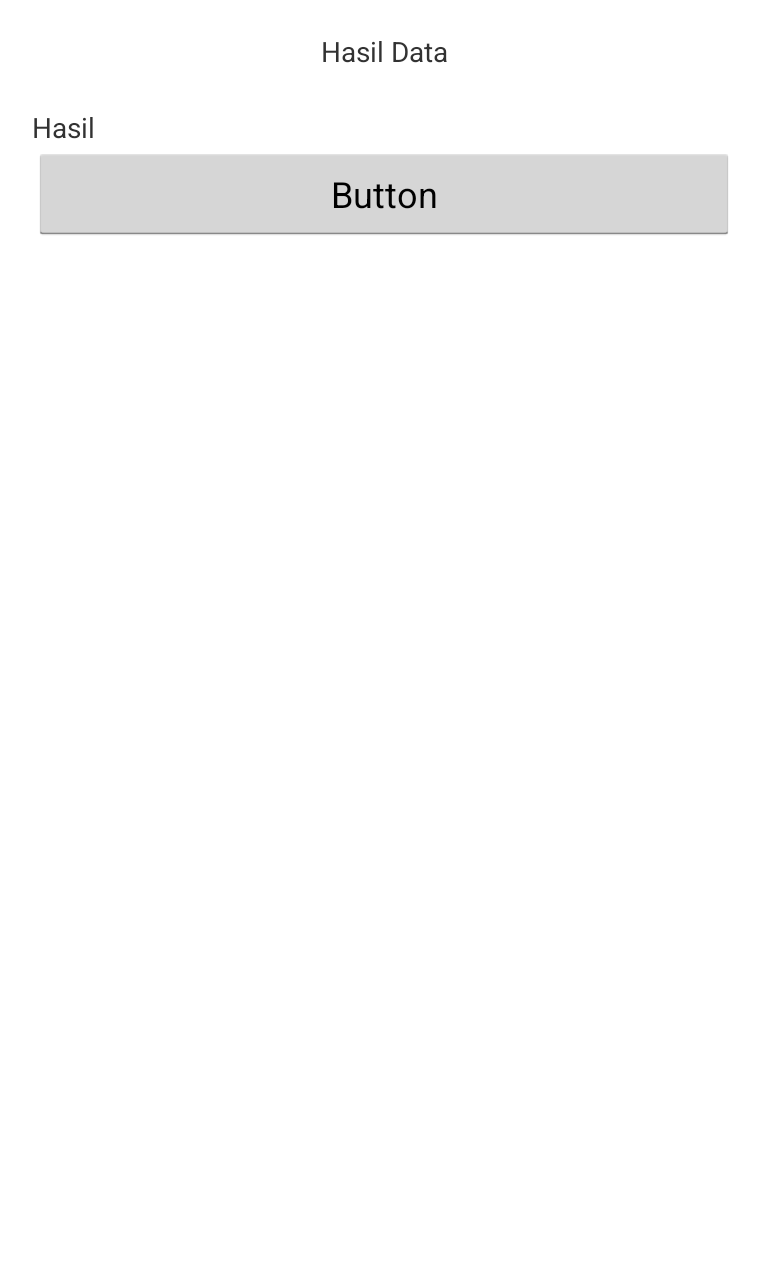
Repository: ikhsan-muhammad/mobile_programming
Layout: Kumpulan Project/Mobile_Muhammad_Ikhsan_19101152630175_IF5/res/layout/activity_page3.xml
An editor plug-in stored every save of this project. The layout is shown before and after the next save, followed by the edit.
It is drawn on a 768 x 1280 px phone screen (xhdpi) without system bars, with theme AppTheme; the app's code is not run.

Above is the layout before, as saved 2022-07-13 01:42:06.

### Kumpulan Project/Mobile_Muhammad_Ikhsan_19101152630175_IF5/res/layout/activity_page3.xml
<RelativeLayout xmlns:android="http://schemas.android.com/apk/res/android"
    xmlns:tools="http://schemas.android.com/tools"
    android:layout_width="match_parent"
    android:layout_height="match_parent"
    android:paddingBottom="@dimen/activity_vertical_margin"
    android:paddingLeft="@dimen/activity_horizontal_margin"
    android:paddingRight="@dimen/activity_horizontal_margin"
    android:paddingTop="@dimen/activity_vertical_margin"
    tools:context=".Page3Activity" >

    <LinearLayout
        android:layout_width="match_parent"
        android:layout_height="wrap_content"
        android:layout_alignParentTop="true"
        android:orientation="vertical" >

        <TextView
            android:id="@+id/textView1"
            android:layout_width="match_parent"
            android:layout_height="wrap_content"
            android:gravity="center"
            android:text="Hasil Data" />

        <LinearLayout
            android:layout_width="match_parent"
            android:layout_height="wrap_content"
            android:orientation="vertical" >

            <TextView
                android:id="@+id/textView2"
                android:layout_width="match_parent"
                android:layout_height="wrap_content"
                android:text=" " />

            <LinearLayout
                android:layout_width="match_parent"
                android:layout_height="wrap_content"
                android:orientation="vertical" >

                <TextView
                    android:id="@+id/txt_hasil"
                    android:layout_width="match_parent"
                    android:layout_height="wrap_content"
                    android:text="Hasil" />

                <LinearLayout
                    android:layout_width="match_parent"
                    android:layout_height="wrap_content"
                    android:orientation="vertical" >

                    <Button
                        android:id="@+id/button1"
                        android:layout_width="match_parent"
                        android:layout_height="wrap_content"
                        android:text="Button" />

                </LinearLayout>

            </LinearLayout>

        </LinearLayout>

    </LinearLayout>

</RelativeLayout>

Loaded but not shown: Kumpulan Project/Mobile_Muhammad_Ikhsan_19101152630175_IF5/res/values/styles.xml (common file); Kumpulan Project/Mobile_Muhammad_Ikhsan_19101152630175_IF5/res/values-v11/styles.xml (common file); Kumpulan Project/Mobile_Muhammad_Ikhsan_19101152630175_IF5/res/values-v14/styles.xml (common file); Kumpulan Project/Mobile_Muhammad_Ikhsan_19101152630175_IF5/res/values/dimens.xml (common file)

After the next save:
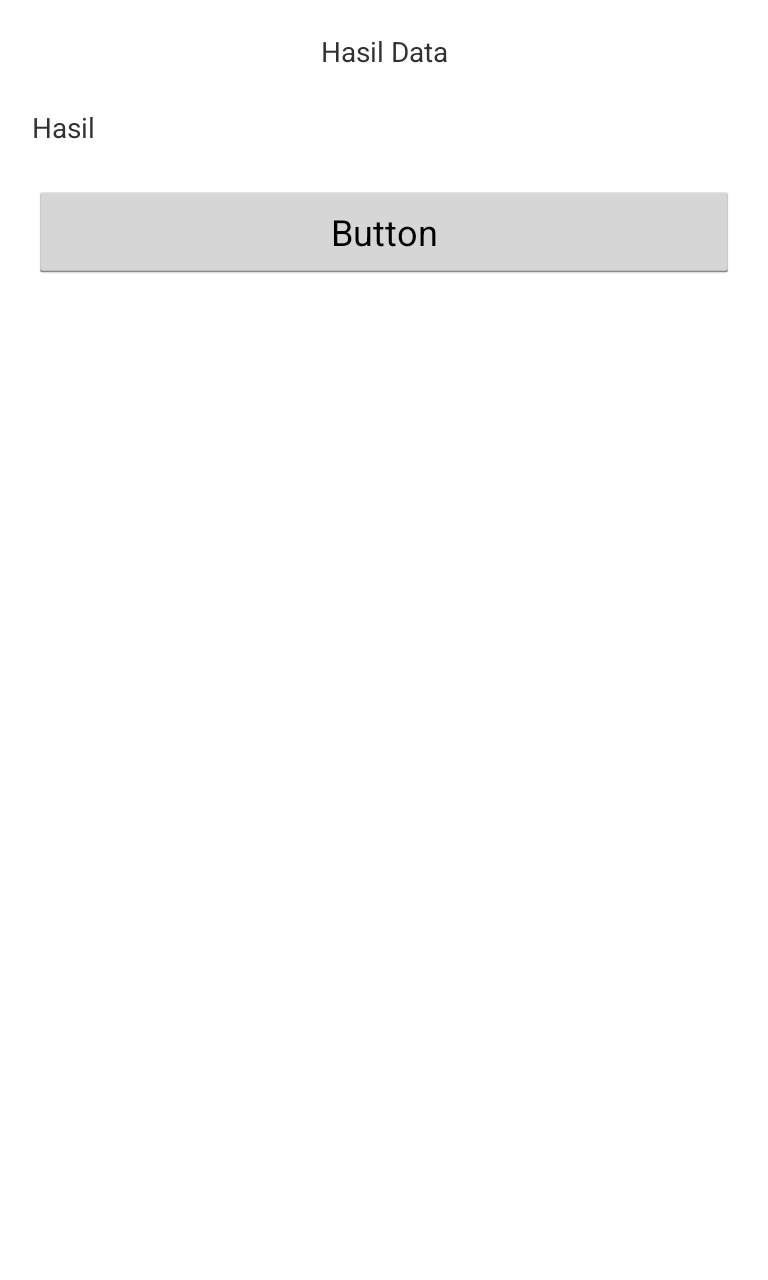
Saved 24 s later.
--- a/Kumpulan Project/Mobile_Muhammad_Ikhsan_19101152630175_IF5/res/layout/activity_page3.xml
+++ b/Kumpulan Project/Mobile_Muhammad_Ikhsan_19101152630175_IF5/res/layout/activity_page3.xml
@@ -48,6 +48,12 @@
                     android:layout_height="wrap_content"
                     android:orientation="vertical" >
 
+                    <TextView
+                        android:id="@+id/textView3"
+                        android:layout_width="match_parent"
+                        android:layout_height="wrap_content"
+                        android:text=" " />
+
                     <Button
                         android:id="@+id/button1"
                         android:layout_width="match_parent"
